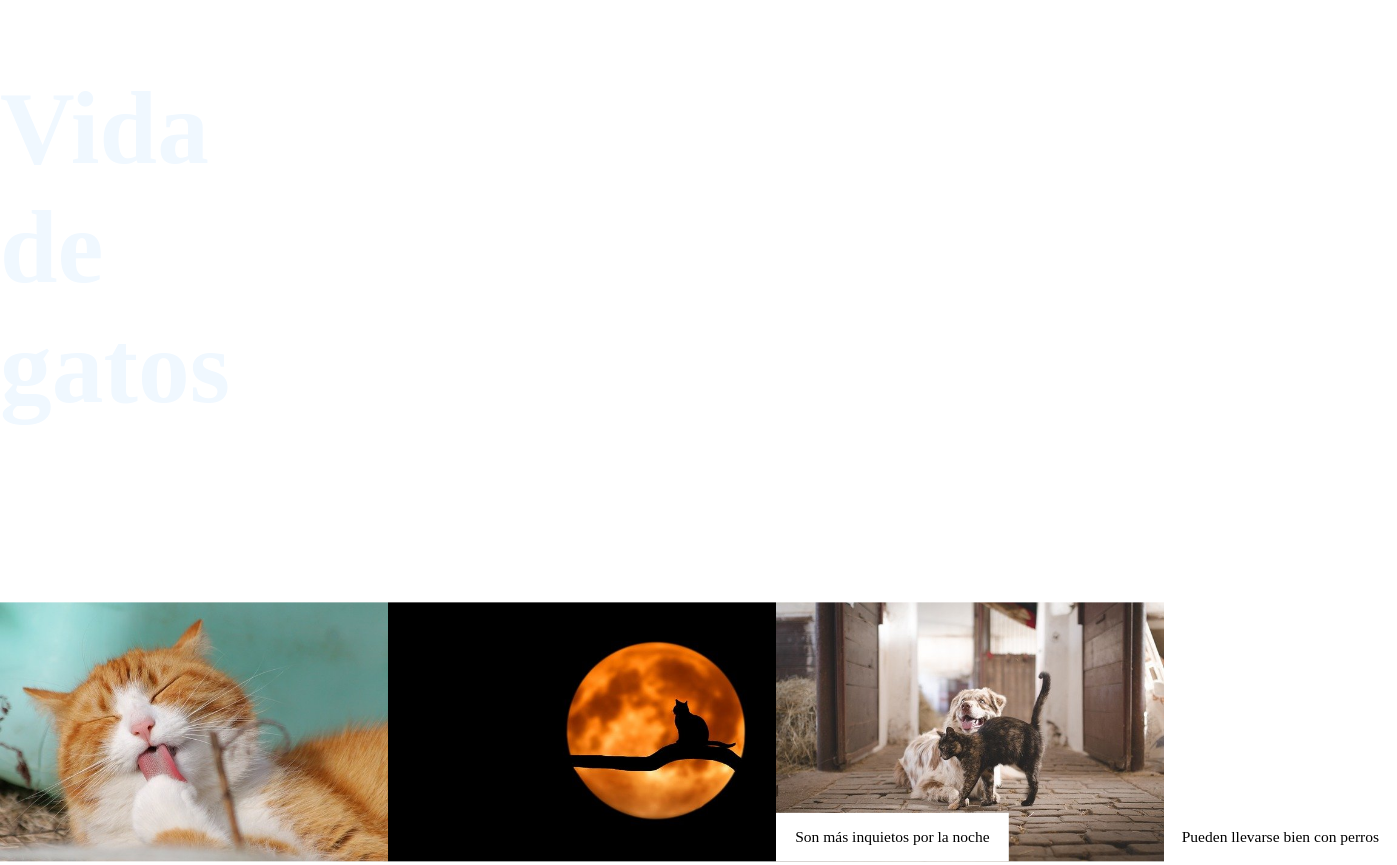
Repository: ScoggoDev/DesarrolloWeb
Page: tarea en equipo 1/tep3/vidadegatos/index.html
The author's editor kept a copy of each file at every save. The page is drawn from the files as they stood at one save, then again after the next save.
The browser window is 1280 px wide. The page is 1440 px wide, then 1280 px, so the pictures cover 1440 px, including what lies to the right of the window. The pictures show the whole page, at 97% of full size.

Above is the page before, as saved 2021-07-14 20:54:30.

After the next save:
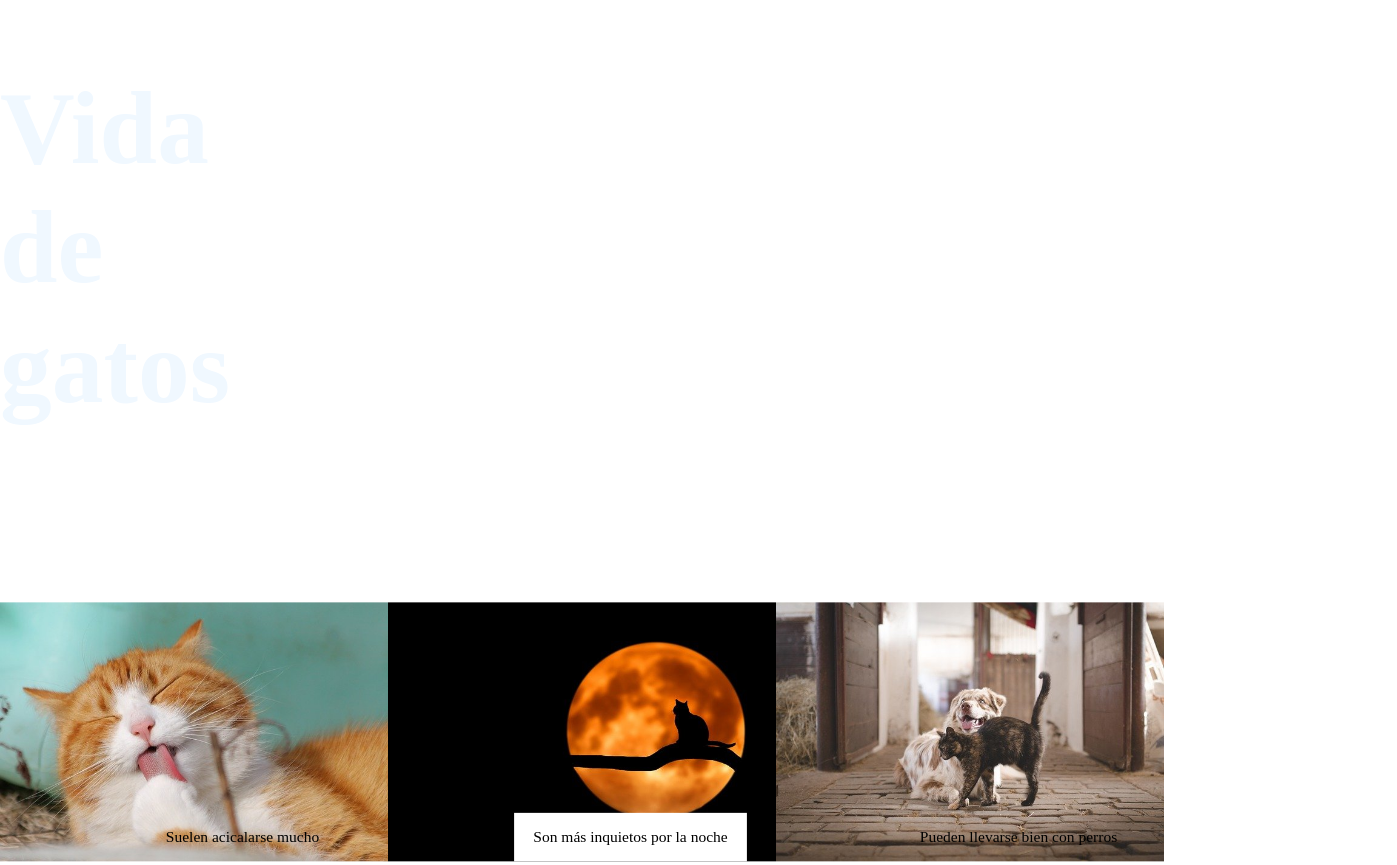
Saved 11 s later.
--- a/tarea en equipo 1/tep3/vidadegatos/css/estilos.css
+++ b/tarea en equipo 1/tep3/vidadegatos/css/estilos.css
@@ -38,7 +38,7 @@ body{
     position: absolute;
     z-index: 999;
     margin: 0 auto;
-    left: 100%;
+    left: 100px;
     right: 0;
     top: 80%; /* Adjust this value to move the positioned div up and down */
     text-align: center;
